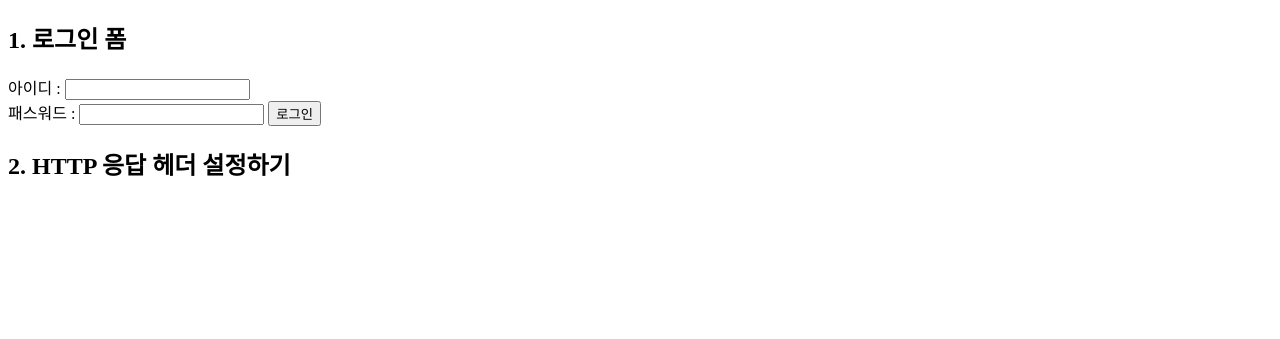
Repository: achul1026/jspStudy
Page: http://localhost/MustHaveJSP/02ImplicitObject/ResponseMain.jsp
The author's editor kept a copy of each file at every save. The page is drawn from the files as they stood at one save, then again after the next save.
The browser window is 1280 px wide. The pictures show the whole page.
The page is served by Tomcat 9. Other server files are loaded and not shown.

Above is the page before, as saved 2022-09-21 12:42:01.

### MustHaveJSP/src/main/webapp/02ImplicitObject/ResponseMain.jsp
<%@ page language="java" contentType="text/html; charset=UTF-8"
    pageEncoding="UTF-8"%>
<!DOCTYPE html>
<html>
<head>
<meta charset="">
<title>내장 객체 - response</title>
</head>
<body>
	<h2>1. 로그인 폼</h2>
	<%
		String loginErr = request.getParameter("loginErr");
		if(loginErr != null){
			out.print("로그인 실패");
		}
	%>
	<form action="./ResponseLogin.jsp" method="post">
		아이디 : <input type="text" name="user_id"><br>
		패스워드 : <input type="text" name="user_pwd">
		<input type="submit" value="로그인">
	</form>

	<h2>2. HTTP 응답 헤더 설정하기</h2>
	<form action="./ResponseHeader.jsp" method="get">

	</form>
</body>
</html>

After the next save:
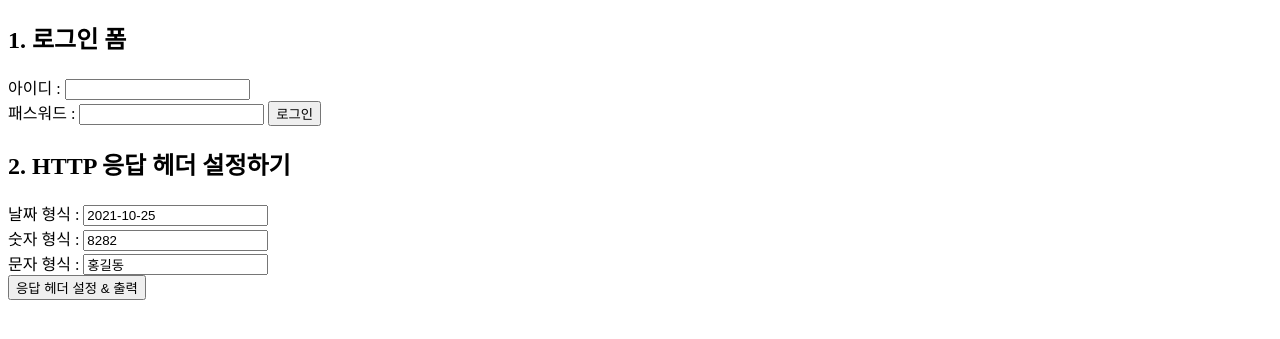
Saved 2 min 25 s later.
--- a/MustHaveJSP/src/main/webapp/02ImplicitObject/ResponseMain.jsp
+++ b/MustHaveJSP/src/main/webapp/02ImplicitObject/ResponseMain.jsp
@@ -22,7 +22,10 @@
 
 	<h2>2. HTTP 응답 헤더 설정하기</h2>
 	<form action="./ResponseHeader.jsp" method="get">
-
+		날짜 형식 : <input type="text" name="add_date" value="2021-10-25"><br>
+		숫자 형식 : <input type="text" name="add_int" value="8282"><br>
+		문자 형식 : <input type="text" name="add_str" value="홍길동"><br>
+		<input type="submit" value="응답 헤더 설정 & 출력">
 	</form>
 </body>
 </html>
